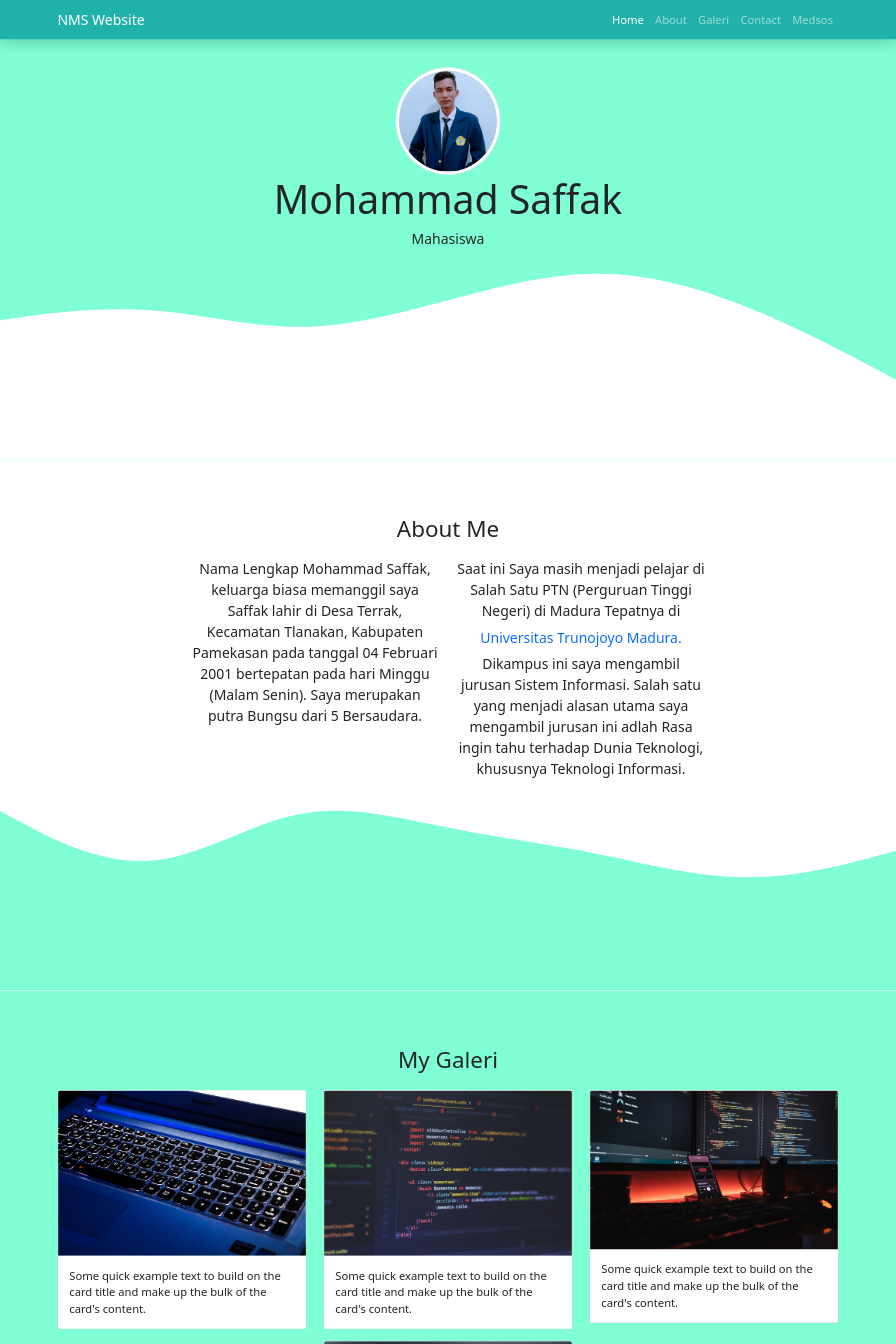
Repository: SaffakNmS/SaffakNmS.github.io
Page: index.html
The author's editor kept a copy of each file at every save. The page is drawn from the files as they stood at one save, then again after the next save.
The browser window is 1280 px wide. The pictures show the part of the page from y = 0 to 1920 px (the page is 4014 px tall before and 3887 px after), at 70% of full size.
Some web libraries are served in a nearby version.

Above is the page before, as saved 2022-04-20 09:55:59.

After the next save:
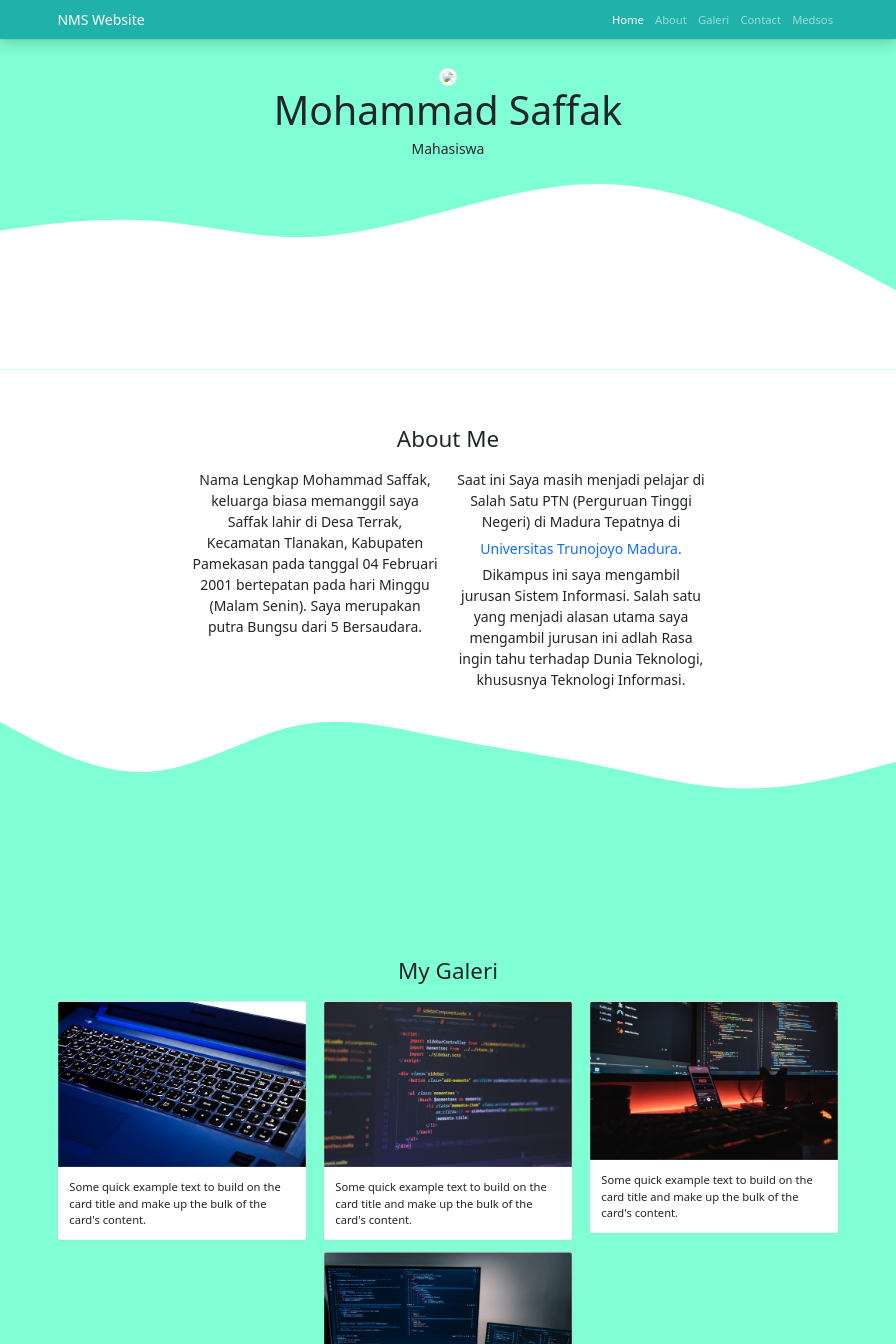
Not found: IMG_20210714_102017-removebg-preview.jpg
Saved 12 min 9 s later.
--- a/index.html
+++ b/index.html
@@ -49,7 +49,7 @@
 
    <!--jumbroton-->
 	<section class="jumbotron text-center">
-	<img src="IMG_20210714_102017.jpg" width="150" class="rounded-circle img-thumbnail">
+	<img src="IMG_20210714_102017-removebg-preview.jpg" width="150" class="rounded-circle img-thumbnail">
 	  <h1 class="display-4">Mohammad Saffak</h1>
 	  <p class="lead"><b>Mahasiswa</b></p>
 	  <svg xmlns="http://www.w3.org/2000/svg" viewBox="0 0 1440 320"><path fill="#ffffff" fill-opacity="1" d="M0,96L40,90.7C80,85,160,75,240,80C320,85,400,107,480,106.7C560,107,640,85,720,64C800,43,880,21,960,21.3C1040,21,1120,43,1200,74.7C1280,107,1360,149,1400,170.7L1440,192L1440,320L1400,320C1360,320,1280,320,1200,320C1120,320,1040,320,960,320C880,320,800,320,720,320C640,320,560,320,480,320C400,320,320,320,240,320C160,320,80,320,40,320L0,320Z"></path></svg>

After the save that followed:
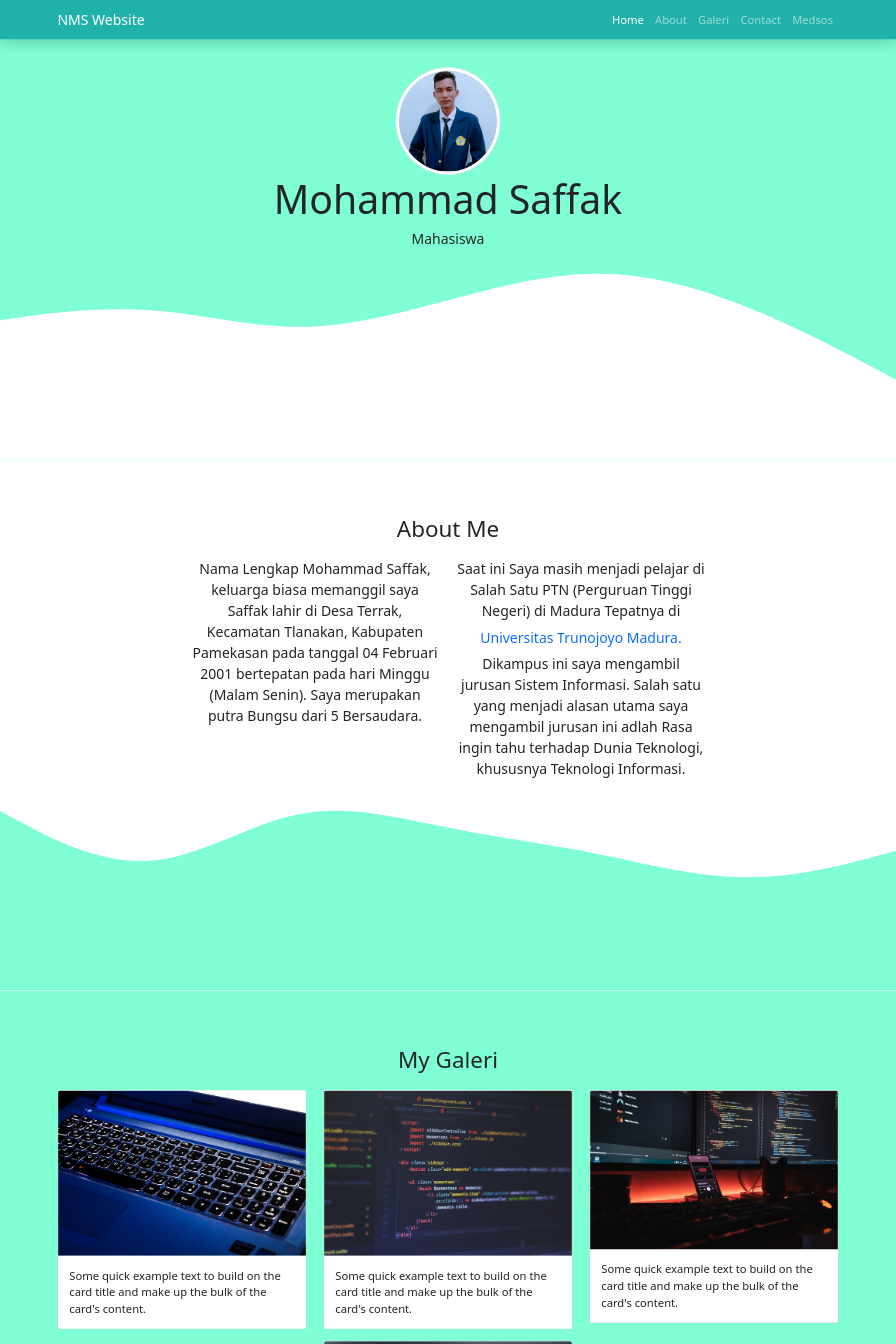
Saved 3 min 43 s later.
--- a/index.html
+++ b/index.html
@@ -49,7 +49,7 @@
 
    <!--jumbroton-->
 	<section class="jumbotron text-center">
-	<img src="IMG_20210714_102017-removebg-preview.jpg" width="150" class="rounded-circle img-thumbnail">
+	<img src="nms.jpg" width="150" class="rounded-circle img-thumbnail">
 	  <h1 class="display-4">Mohammad Saffak</h1>
 	  <p class="lead"><b>Mahasiswa</b></p>
 	  <svg xmlns="http://www.w3.org/2000/svg" viewBox="0 0 1440 320"><path fill="#ffffff" fill-opacity="1" d="M0,96L40,90.7C80,85,160,75,240,80C320,85,400,107,480,106.7C560,107,640,85,720,64C800,43,880,21,960,21.3C1040,21,1120,43,1200,74.7C1280,107,1360,149,1400,170.7L1440,192L1440,320L1400,320C1360,320,1280,320,1200,320C1120,320,1040,320,960,320C880,320,800,320,720,320C640,320,560,320,480,320C400,320,320,320,240,320C160,320,80,320,40,320L0,320Z"></path></svg>
